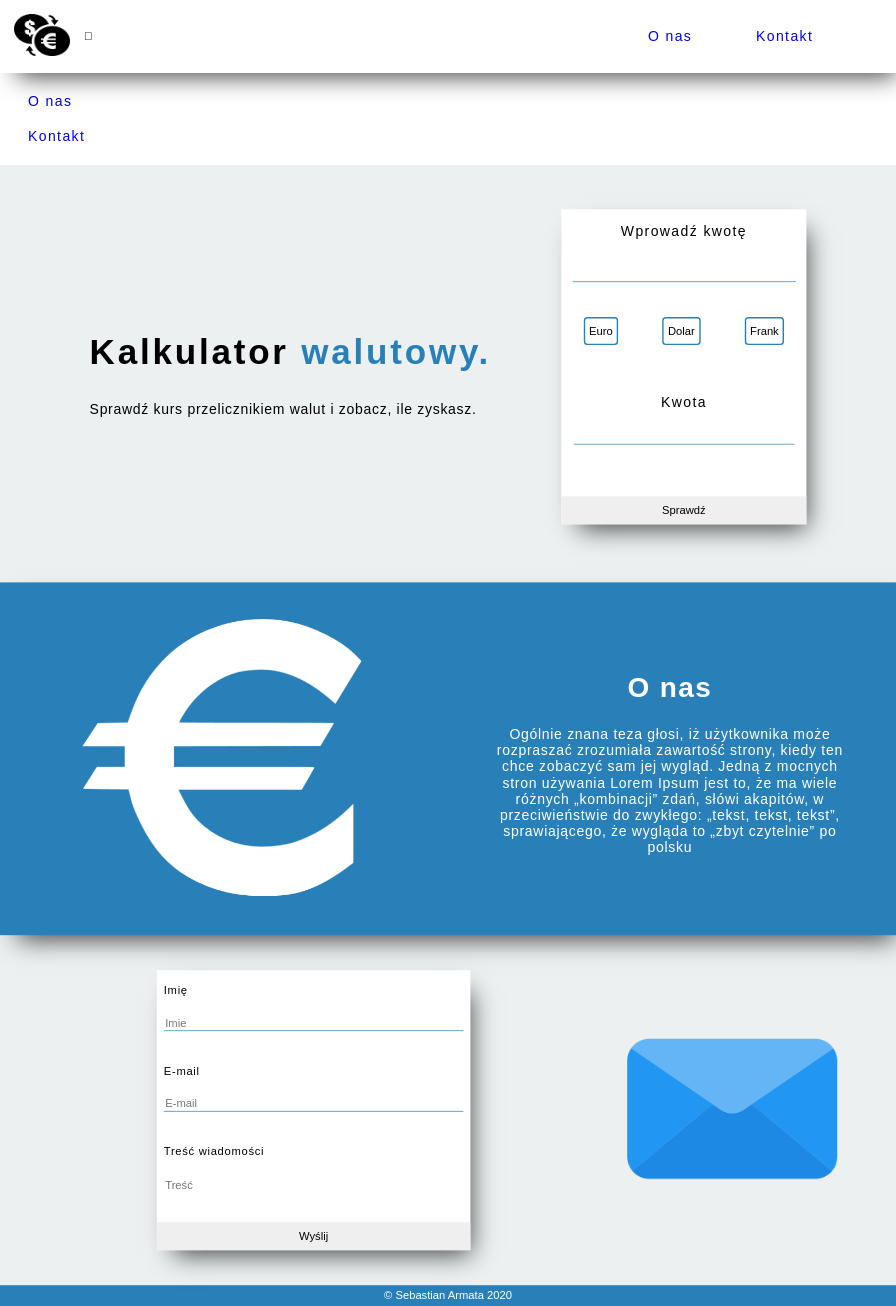
Repository: SebastianArmata22/Kalkulator-walut
Page: index.html
These files come from the project's save history. The page is drawn as it stood at one moment and after the next save; the edit follows.
The browser window is 1280 px wide. The pictures show the whole page, at 70% of full size.
Some web libraries are served in a nearby version.

Above is the page before, as saved 2020-11-12 20:03:09.

### index.html
<!DOCTYPE html>

<html>
    <head>
        <meta charset="utf-8">
        <meta http-equiv="X-UA-Compatible" content="IE=edge">
        <title>Kalkulator walut</title>
        <meta name="description" content="">
        <meta name="viewport" content="width=device-width, initial-scale=1">
        <link rel="stylesheet" href="style.css">
        <link rel="stylesheet" href="https://cdnjs.cloudflare.com/ajax/libs/font-awesome/4.7.0/css/font-awesome.min.css">
        <script src="https://kit.fontawesome.com/1e3e93b5d4.js" crossorigin="anonymous"></script>
    </head>
    <body>

    <div class="container">
        <nav>
        <div class="menu-container">
            <div class="logo">
                <a href="#"><img src="./photos/logo.png"></a>
            </div>
            <i  class="fas fa-bars hamburger " onclick="showMenu()"></i>
            <div class="menu" id="menu">
                <ul>
                    <li id="qw" class="list"><a href="#about-us">O nas</a></li>
                    <li class="list"><a href="#contact">Kontakt</a></li>
                </ul>
            </div>
        </div>
        <div class="menu-mobile" id="menu-mobile">
            <ul>
                <li id="qw" class="list"><a href="#about-us">O nas</a></li>
                <li class="list"><a href="#contact">Kontakt</a></li>
            </ul>
        </div>
        </nav>
        <section>
        <div class="main-content">
            <div class="calculator-content">
            <div class="text">
                <h1>Kalkulator <span>walutowy.</span></h1>
                <p>Sprawdź kurs przelicznikiem walut i zobacz, ile zyskasz.</p>
            </div>
            <div class="calculator ">
                <label for="inputNumber" class="text-label">Wprowadź kwotę</label><br>
                <input type="text" id="inputNumber">
                    <div class="inp-div">
                        <button id="euro" onclick="checkCurrency(this)">Euro</button>
                        <button id="dolar" onclick="checkCurrency(this)">Dolar</button>
                        <button id="frank" onclick="checkCurrency(this)">Frank</button>
                    </div>
                <label for="outputNumber" class="text-label"> Kwota</label><br>
                <div id="outputNumber"></div>
                <button id="check" onclick="getData()">Sprawdź</button>
            </div>
        </div>
        <div class="about-us" id="about-us">
            <div class="photo-euro">
                <img src="./photos/euro-512.png">
            </div>
            <div class="abous-us-contact">
                <h1>O  nas</h1>
                <p>Ogólnie  znana  teza  głosi,  iż  użytkownika  może  rozpraszać  zrozumiała
                    zawartość  strony, kiedy ten chce zobaczyć sam jej wygląd.
                    Jedną z mocnych stron używania Lorem Ipsum jest to, że ma wiele różnych
                     „kombinacji” zdań, słówi akapitów, w przeciwieństwie do zwykłego: „tekst,
                        tekst,   tekst”,   sprawiającego,   że   wygląda   to   „zbyt   czytelnie”
                           po   polsku</p>
            </div>
        </div>
        </section>
        <div class="contact" id="contact">
            <div class="contact-form-container">
            <form class="contact-form" action="https://formspree.io/f/xqkgbkbb" method="POST">
                <label for="">Imię</label><br />
                <input class="name" type="text" placeholder="Imie" name="name"><br />
                <label for="">E-mail</label><br />
                <input class="email" type="email" placeholder="E-mail" name="_replyto"><br />
                <label for="">Treść wiadomości</label><br />
                <textarea class="text-area" name="message" placeholder="Treść"></textarea>
                <button class="">Wyślij</button>

            </form>
        </div>
            <div class="contact-img">
                <img src="./photos/email.png">
            </div>
        </div>
    </div>
    <footer>
        <div class="footer">
            <p>© Sebastian Armata 2020</p>
        </div>
    </footer>
    </div>
        <script src="script.js" ></script>
    </body>
</html>

### style.css
* {
    font-family: 'Robot', sans-serif !important;
}

h1 {
    font-weight: 800;
    font-size: 40px;
}

body{
    margin: 0;
    padding: 0;
    box-sizing: border-box;
}
.container{
    width: 100%;
}
.menu-container{
    position: relative;
    display: flex;
    align-items: center;
    box-shadow: 12px 18px 35px -13px rgba(0,0,0,0.75);
}
.logo img{
    position: relative;
    top: 0;
    left: 0;
    height: 60px;
    width: 80px;
    padding: 20px;
}
.menu{

    position: absolute;
    right: 0;
   margin-right: 50px;
}
.menu ul li{
    display: inline-flex;
    justify-content: space-around;
}
.menu-mobile ul{
    list-style-type: none;
}
.menu ul li a, .menu-mobile ul li a{
    display: flex;
    text-decoration: none;
    height: 50px;
    width: 100px;
    align-items: center;
    font-size: 20px;
    letter-spacing: 2px;
    margin-right: 50px;
}

.menu ul li a:hover{
    border-bottom: 5px solid #2980b9;
    margin-bottom: -5px;
    transition: all 0.3s ease-out;

}
.hamburger{
    display: none;
}
.main-content{
    display: flex;
    align-items: center;
    justify-content: center;
    flex-wrap: wrap;
    background-color:#ecf0f1 ;
}
.calculator-content{
    width: 80%;
    min-height: 80vh;
    display: flex;
    align-items: center;
    justify-content:space-between;
}
.calculator{
    display: flex;
    flex-direction: column;
    box-shadow: 12px 18px 35px -13px rgba(0,0,0,0.75);
    height: 450px;
    width: 350px;
    text-align: center;
    background-color: white;
}
.text h1{
    font-size: 50px;
    letter-spacing: 4px;
    flex-wrap: wrap;
}
.text p{
    font-size: 20px;
    letter-spacing: 1px;
    flex-wrap: wrap;


}
#outputNumber{
    width: 90%;
    height: 30px;
    border-bottom: 1px solid #2980b9;
    margin: auto;
    margin-top: 0;

}
.calculator button{
    height: 40px;
    border-style: none;
    font-size: 16px;
}
.calculator button:hover{
    background-color: #2980b9;
    color: white;
    transition: all 0.3s ease-out;
    cursor: pointer ;
}
.inp-div button{
    border: 2px solid #2980b9;
    background-color: white;
    border-radius: 5px;
}
.calculator input[type=text]{
    border-style: none;
    height: 40px;
    border-bottom: 1px solid #2980b9;
    width: 90%;
    margin: auto;
    margin-top: 0px;
    margin-bottom: 50px;
}
.text-label{
    margin-top: 20px;
    font-size: 20px;
    letter-spacing: 2px;
}

.inp-div{
    display: flex;
    flex-direction: row;
    align-items: center;
    justify-content: space-around;

}

.inp-div button{
margin-bottom: 50px;
}
.text span{
    color: #2980b9;
}
.about-us{
    display: flex;
    justify-content: space-around;
    align-items: center;
    margin-top: 20px;
    text-align: center;
    background-color: #2980b9;
    box-shadow: 12px 18px 35px -13px rgba(0,0,0,0.75);
    flex-wrap: wrap;
}
.about-us img{
    height: 400px;
}
.abous-us-contact{
    width: 40%;
}
.abous-us-contact h1{
    letter-spacing: 2px;
    font-size: 40px;
    color: white;
}
.abous-us-contact p{
    font-size: 20px;
    letter-spacing: 1px;
    color: white;

}
.photo-euro{
    padding: 50px;
}
.contact{
    display: flex;
    align-items: center;
    padding: 50px 0 50px 0;
    background-color:#ecf0f1 ;

}
.contact-form{
    display: flex;
    flex-direction: column;
    box-shadow: 12px 18px 35px -13px rgba(0,0,0,0.75);
    width: 50%;
    height: 400px;
    position: relative;
    text-align: left;
    letter-spacing: 1px;
    background-color: white;

}
.contact-form input {
    margin: 10px;
    border-style: none;
    border-bottom: 1px solid #2980b9;
    font-size: 16px;

}
.contact-form textarea
{
    margin: 10px;
    height: 100px;
    border-style: none;
    border-bottom: 1px solid #2980b9;
    font-size: 16px;
    resize: none;
}
.contact-form label {
    margin: 20px 0 0 10px;
}
.contact-form button{
position: absolute;
bottom: 0;
width: 100%;
height: 40px;
border-style: none;
font-size: 16px;
}
.contact-form button:hover{
    background-color: #2980b9;
    color: white;
    transition: all 0.3s ease-out;
    cursor: pointer ;
}

.contact-form-container{
    width: 70%;
    display: flex;
    align-items: center;
    justify-content: center;
}
.contact-img img{
max-width: 300px;

}
.footer{
    display: flex;
    align-items: center;
    justify-content: center;
    background-color: #2980b9;
    color: white;
    height: 30px;
}

.btn{
     color: white;
     background-color: #2980b9 !important;
}

@media only screen and (max-width: 800px){

.menu-container{
        height: 70px;
        justify-content: flex-end;
    }
    .logo{
        position: absolute;
        left: 1px;
    }
.calculator-content{
    width: 100%;
    align-items: center;
    justify-content: center;
    flex-wrap: wrap;
}
.text{
    text-align: center;

}
.text h1{
   font-size: 25px;
}
.text p{
    font-size: 16px;
 }
.about-us{
    flex-direction: column;
}
.abous-us-contact{
    width: 90%;
}
.contact-img{

 display: none;
}
.photo-euro img{
    width: 100px;
    height: 100px;

}
.photo-euro{
    padding: 10px;
}
.contact{
    flex-wrap: wrap;
}
.contact-form-container{
    width: 100%;
    flex-direction: column-reverse;
}
.contact-form{
    width: 90%;
}
.menu, .menu-mobile {
    display: none;
}
.hamburger{
    display: flex;
    justify-content: flex-end;
    margin-right: 20px;
}
.hamburger:hover{
   cursor: pointer;
}
}

### script.js
const inputCash= document.getElementById('inputNumber');
const euroBtn=document.getElementById('euro');
const dolarBtn=document.getElementById('dolar');
const frankBtn=document.getElementById('frank');
const outputCash=document.getElementById('outputNumber');

let choice;
const euro=4.62;
const dolar=3.93;
const frank=4.31;

function checkCurrency(element){
element.classList.add("btn");
if(element.id=='euro'){
    dolarBtn.classList.remove("btn");
    frankBtn.classList.remove("btn");
}else if(element.id=='dolar'){
    euroBtn.classList.remove("btn");
    frankBtn.classList.remove("btn");
}else if(element.id=='frank'){
    dolarBtn.classList.remove("btn");
    euroBtn.classList.remove("btn");
}
choice=element.id;
}

function getData(){
    if(choice=='euro')
    {
        outputCash.innerHTML=inputCash.value*euro;
    }else if(choice=='dolar')
    {
        outputCash.innerHTML=inputCash.value*dolar;
    }else if(choice=='frank')
    {
        outputCash.innerHTML=inputCash.value*frank;
    }

}

function showMenu()
{
const menu=document.getElementById("menu-mobile");
if(menu.style.display=='none')
menu.style.display='block';
else{
menu.style.display='none';
}
}

After the next save:
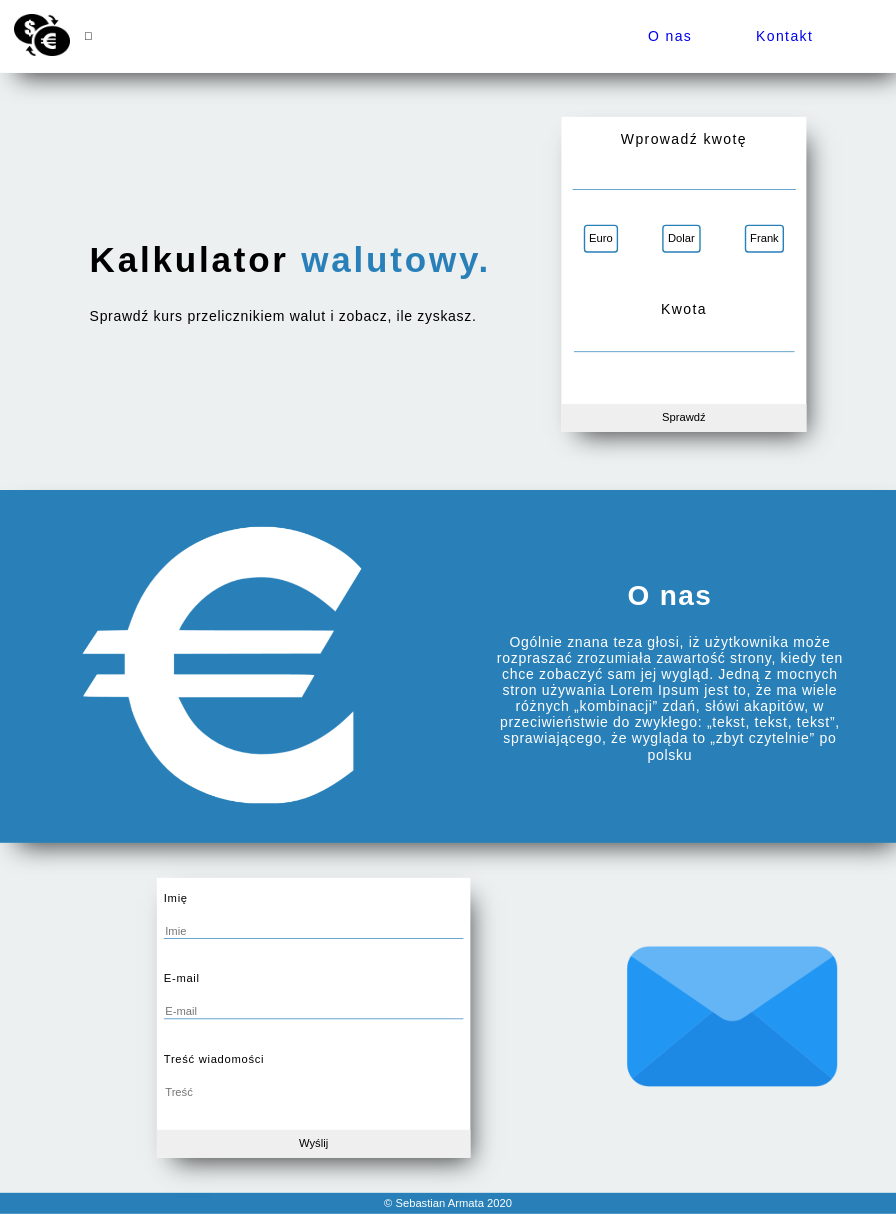
Saved 33 s later.
--- a/style.css
+++ b/style.css
@@ -34,6 +34,9 @@ body{
     position: absolute;
     right: 0;
    margin-right: 50px;
+}
+.menu-mobile{
+    display: none;
 }
 .menu ul li{
     display: inline-flex;
